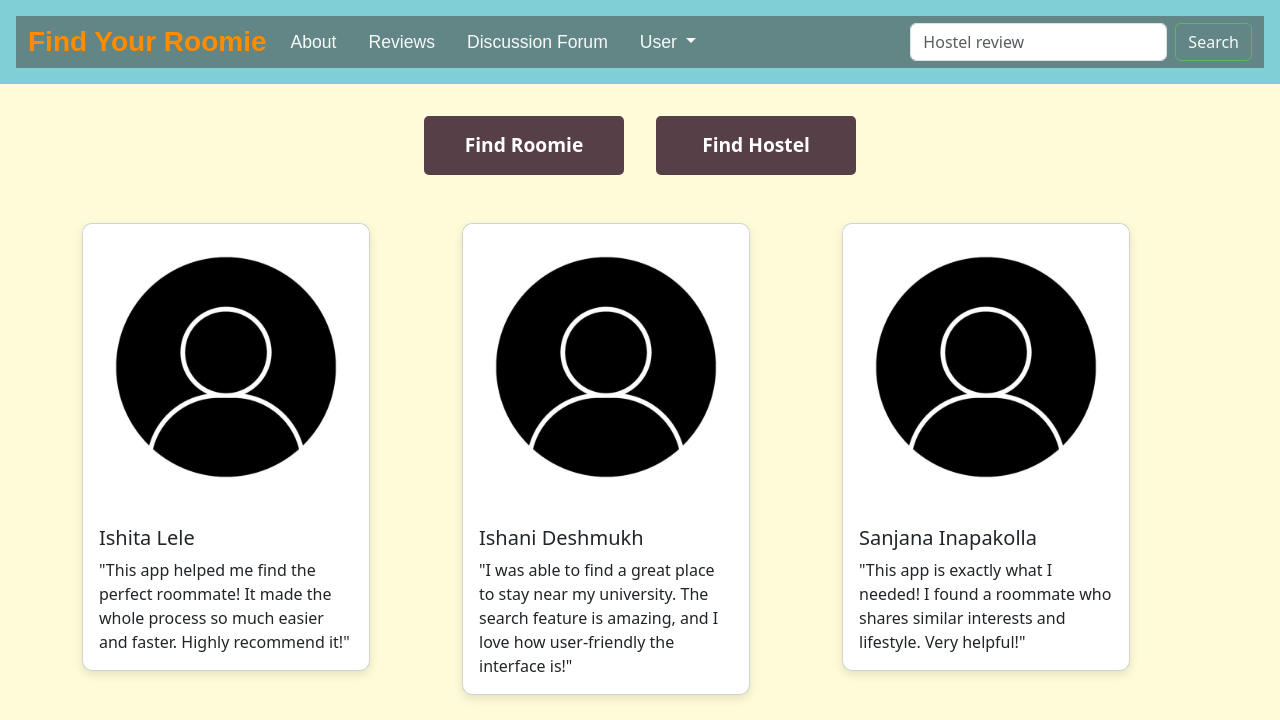
Repository: Sanjana-Inapakolla/Find-your-Roomie-website
Page: mini-project(jfst)/MiniProject/src/main/webapp/home.html
An editor plug-in stored every save of this project. The page is shown before and after the next save, followed by the edit.
The browser window is 1280 px wide. The pictures show the whole page.

Above is the page before, as saved 2024-11-13 06:51:15.

### mini-project(jfst)/MiniProject/src/main/webapp/home.html
<!DOCTYPE html>
<html lang="en">
<head>
  <meta charset="ISO-8859-1">
  <title>Home Page</title>
 <link href="https://cdn.jsdelivr.net/npm/bootstrap@5.3.3/dist/css/bootstrap.min.css" rel="stylesheet" integrity="sha384-QWTKZyjpPEjISv5WaRU9OFeRpok6YctnYmDr5pNlyT2bRjXh0JMhjY6hW+ALEwIH" crossorigin="anonymous">
  <style>
    /* Navbar Styling */
    .navbar {
      background-color: #80ced6;
      padding: 1rem;
    }

    /* Navbar Brand (Logo/Text) */
    .navbar-brand {
      color: #f8f9fa;
      font-size: 1.75rem;
      font-weight: bold;
      font-family: 'Arial', sans-serif;
      color: #ff8c00;
    }

    /* Navbar Links (Home, Reviews, Discussion Forum) */
    .navbar-nav .nav-link {
      color: #f8f9fa;
      font-size: 1.1rem;
      font-family: 'Arial', sans-serif;
      margin-right: 1rem;
      transition: color 0.3s;
    }

    /* Active Link Color */
    .navbar-nav .nav-link.active {
      color: #f8f9fa !important;
    }

    /* Hover Effect for Links (Home, Reviews, Discussion Forum) */
    .navbar-nav .nav-link:hover {
      color: #5cb85c;
    }

    /* Active Link Hover (Ensures the hover color is still applied even if it's active) */
    .navbar-nav .nav-link.active:hover {
      color: #5cb85c !important;
    }

    /* Search Button */
    .btn-outline-success {
      color: #f8f9fa;
      border-color: #5cb85c;
      transition: background-color 0.3s, color 0.3s;
    }

    /* Search Button Hover */
    .btn-outline-success:hover {
      background-color: #5cb85c;
      color: #fff;
    }

    /* Home Page Buttons Styling */
    .home-buttons {
      display: flex;
      justify-content: center;
      gap: 2rem;
      margin-top: 2rem;
    }

    .home-buttons .btn {
      font-size: 1.2rem;
      padding: 15px 30px;
      border-radius: 5px;
      font-weight: bold;
      width: 200px;
      transition: transform 0.3s;
    }

    /* Hover Effect for Buttons */
    .home-buttons .btn:hover {
      transform: scale(1.05);
    }

    .find-roomie {
      background-color: #563f46;
      color: white;
      border: none;
    }

    .find-roomie:hover {
      background-color: #0056b3;
    }

    .find-hostel {
      background-color: #563f46;
      color: white;
      border: none;
    }

    .find-hostel:hover {
      background-color: #218838;
    }

    .card {
      width: 18rem;
      border-radius: 10px;
      box-shadow: 0 4px 10px rgba(0, 0, 0, 0.1);
    }
    .card-img-top {
      border-radius: 10px 10px 0 0;
    }

    body{
      background-color: #fefbd8;
    }
  </style>
</head>
<body>

<!-- Navbar -->
<nav class="navbar navbar-expand-lg">
  <div class="container-fluid" style="background-color: #618685;">
    <a class="navbar-brand" href="#">Find Your Roomie</a>
    <button class="navbar-toggler" type="button" data-bs-toggle="collapse" data-bs-target="#navbarNav" aria-controls="navbarNav" aria-expanded="false" aria-label="Toggle navigation">
      <span class="navbar-toggler-icon"></span>
    </button>
    <div class="collapse navbar-collapse" id="navbarNav">
      <ul class="navbar-nav me-auto">
        <li class="nav-item">
          <a class="nav-link active" aria-current="page" href="About.jsp">About</a>
        </li>
        <li class="nav-item">
          <a class="nav-link" href="Rating.jsp">Reviews</a>
        </li>
        <li class="nav-item">
          <a class="nav-link" href="BeforeChat">Discussion Forum</a>
        </li>
        <li class="nav-item dropdown">
          <a class="nav-link dropdown-toggle" href="#" role="button" data-bs-toggle="dropdown" aria-expanded="false">
            User
          </a>
          <ul class="dropdown-menu">
            <li><a class="dropdown-item" href="Profile">My Profile</a></li>
            <li><a class="dropdown-item" href="BeforeUpdate">Account Settings</a></li>
            <li><a class="dropdown-item" href="LogoutServlet">Logout</a></li>
          </ul>
        </li>
      </ul>

      <!-- Search Button on the Right -->
      <form class="d-flex ms-auto" action="HostelSearch">
        <input class="form-control me-2" name="hostel-search" type="search" placeholder="Hostel review" aria-label="Search">
        <button class="btn btn-outline-success" type="submit">Search</button>
      </form>
    </div>
  </div>
</nav>

<!-- Buttons for Find Roomie and Find Hostel -->
<div class="home-buttons">
  <button class="btn find-roomie" onclick="window.location.href='Match';">Find Roomie</button>
 <button class="btn find-hostel" onclick="window.location='public/HostelGeoMap.html';">Find Hostel</button>
</div>

<div class="container mt-5">
  <div class="row justify-content-center">
    <!-- Card 1 -->
    <div class="col-md-4 mb-4">
      <div class="card">
        <img src="images\profile.jpg" class="card-img-top" alt="User Image">
        <div class="card-body">
          <h5 class="card-title">Ishita Lele</h5>
          <p class="card-text">"This app helped me find the perfect roommate! It made the whole process so much easier and faster. Highly recommend it!"</p>
        </div>
      </div>
    </div>

    <!-- Card 2 -->
    <div class="col-md-4 mb-4">
      <div class="card">
        <img src="images\profile.jpg" class="card-img-top" alt="User Image">
        <div class="card-body">
          <h5 class="card-title">Ishani Deshmukh</h5>
          <p class="card-text">"I was able to find a great place to stay near my university. The search feature is amazing, and I love how user-friendly the interface is!"</p>
        </div>
      </div>
    </div>

    <!-- Card 3 -->
    <div class="col-md-4 mb-4">
      <div class="card">
        <img src="images\profile.jpg" class="card-img-top" alt="User Image">
        <div class="card-body">
          <h5 class="card-title">Sanjana Inapakolla</h5>
          <p class="card-text">"This app is exactly what I needed! I found a roommate who shares similar interests and lifestyle. Very helpful!"</p>
        </div>
      </div>
    </div>
  </div>
</div>

<!-- Bootstrap JS -->
<script src="https://cdn.jsdelivr.net/npm/bootstrap@5.3.3/dist/js/bootstrap.bundle.min.js" integrity="sha384-YvpcrYf0tY3lHB60NNkmXc5s9fDVZLESaAA55NDzOxhy9GkcIdslK1eN7N6jIeHz" crossorigin="anonymous"></script>
</body>
</html>

After the next save:
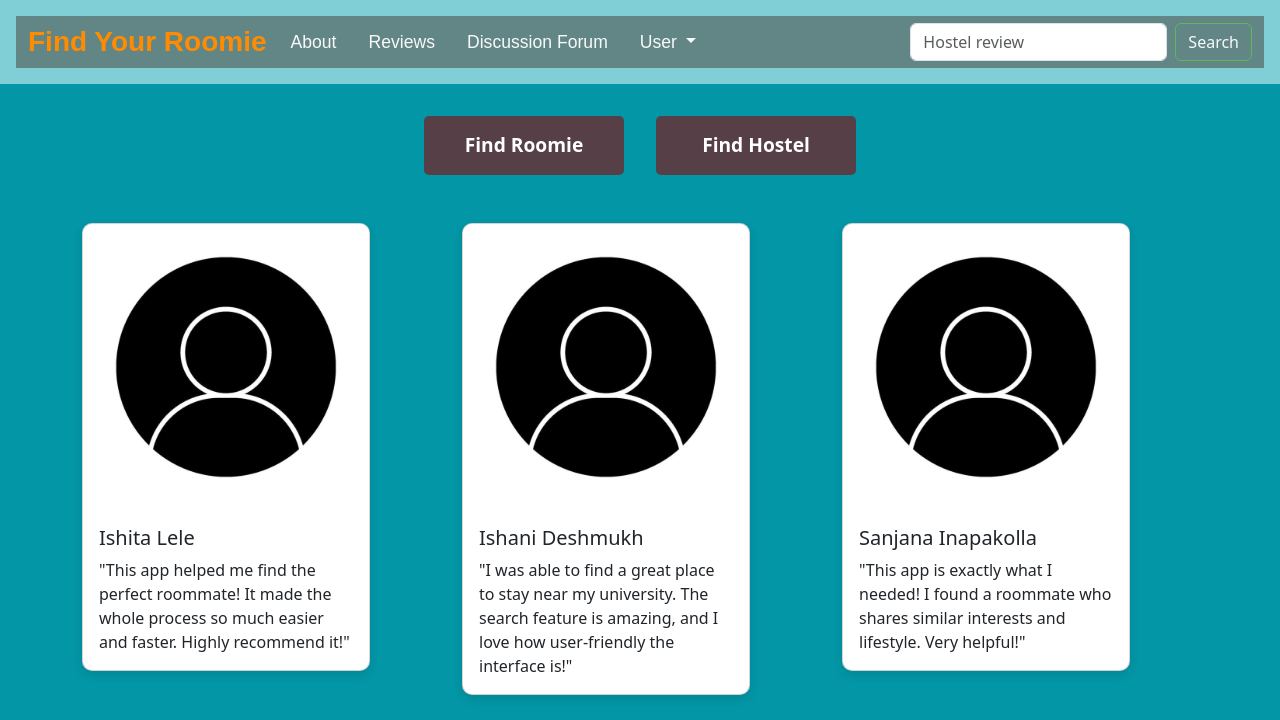
Saved 2 min 4 s later.
--- a/mini-project(jfst)/MiniProject/src/main/webapp/home.html
+++ b/mini-project(jfst)/MiniProject/src/main/webapp/home.html
@@ -109,7 +109,7 @@
     }
 
     body{
-      background-color: #fefbd8;
+      background-color: #0396A6;
     }
   </style>
 </head>
